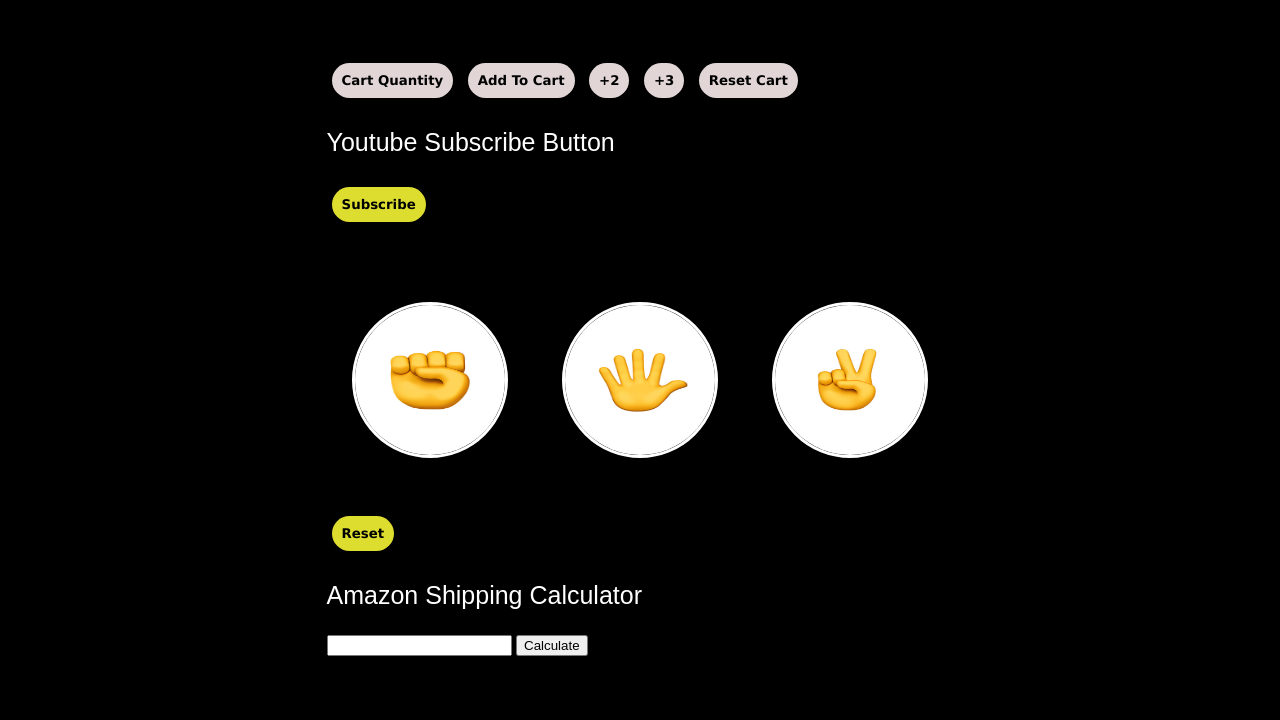
Repository: EguJaredoBoyd/Jared-Learning-Projects
Page: javascript-tutorial.html
These files come from the project's save history. The page is drawn as it stood at one moment and after the next save; the edit follows.
The browser window is 1280 px wide. The pictures show the whole page.

Above is the page before, as saved 2025-07-07 17:41:34.

After the next save:
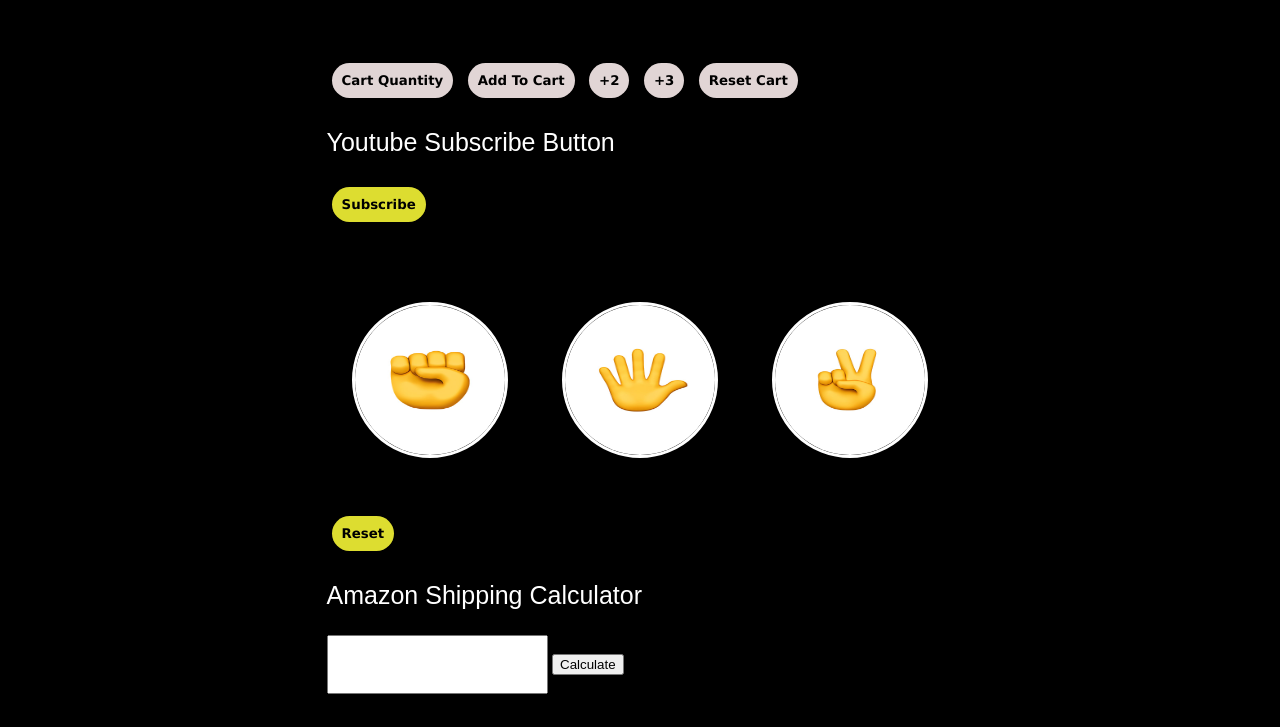
Saved 5 min 20 s later.
--- a/javascript-tutorial.css
+++ b/javascript-tutorial.css
@@ -65,3 +65,9 @@ p{
 section p{
     font-size: 25px;
 }
+
+/* Amazon Calculator App */
+.amazon-calculator input{
+    padding: 20px;
+
+}
